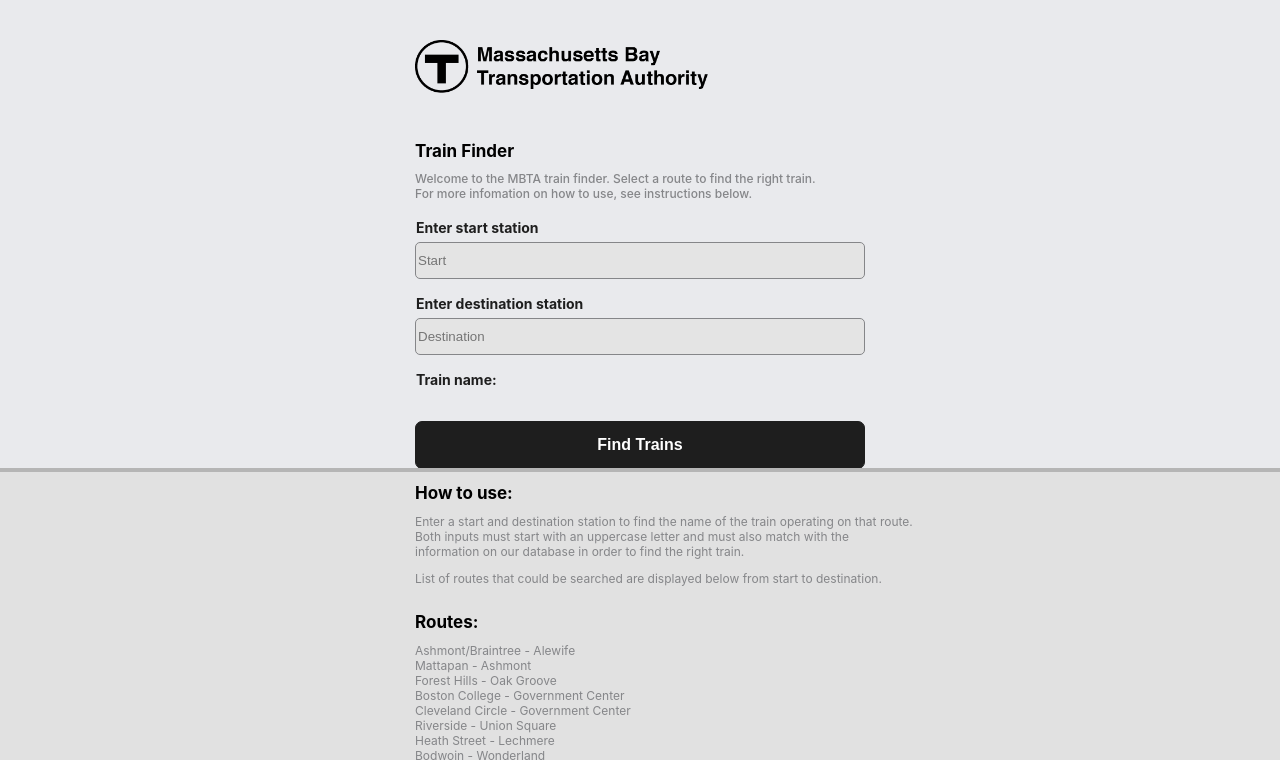
Repository: jumadesigns/mbta-train-finder
Page: / (app in mbta-app/)
These files come from the project's save history. The page is drawn as it stood at one moment and after a run of saves; the edit follows.
The browser window is 1280 px wide. The pictures show the whole page.
The page's requests for data from a server got no answer. The project was rebuilt for these pictures with package versions that can differ from the ones it lists, and the page was loaded fresh each time. No one was signed in, and anything a server would have sent is missing.

Above is the page before, as saved 2022-09-26 23:54:28.

After the next 3 saves:
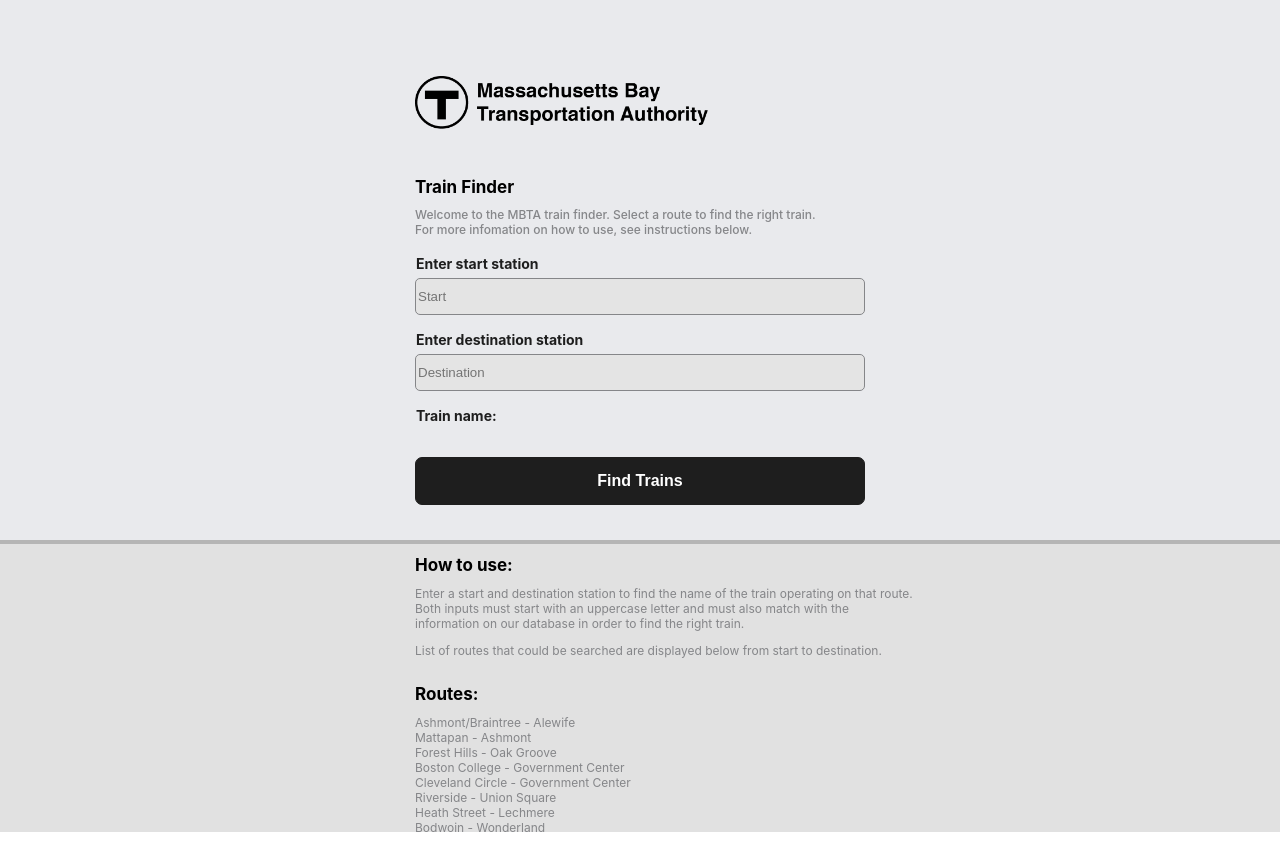
The 3 saves are shown as one change because they came seconds apart.
The last was saved 7 min 21 s later.
--- a/mbta-app/src/index.css
+++ b/mbta-app/src/index.css
@@ -39,7 +39,7 @@
   justify-content: center;
   align-items: center;
   background-color: #e9eaed;
-  height: 65vh;
+  height: 75vh;
 }
 
 .input-container {
